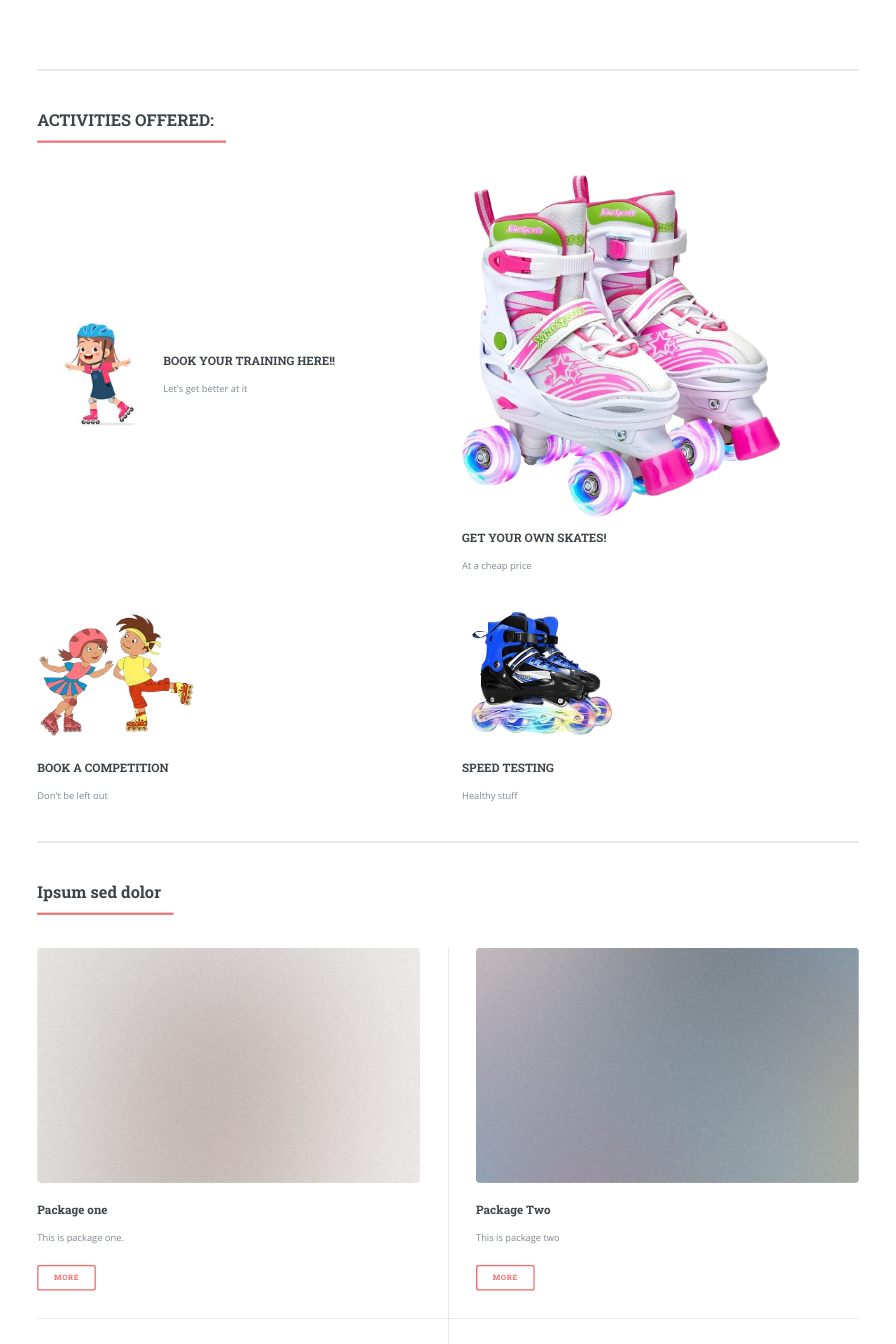
Repository: rachel648/New_Elite
Page: index.html
These files come from the project's save history. The page is drawn as it stood at one moment and after the next save; the edit follows.
The browser window is 1280 px wide. The pictures show the part of the page from y = 707 to 2627 px (the page is 3747 px tall before and 3312 px after), at 70% of full size.

Above is the page before, as saved 2024-10-14 14:02:47.

After the next save:
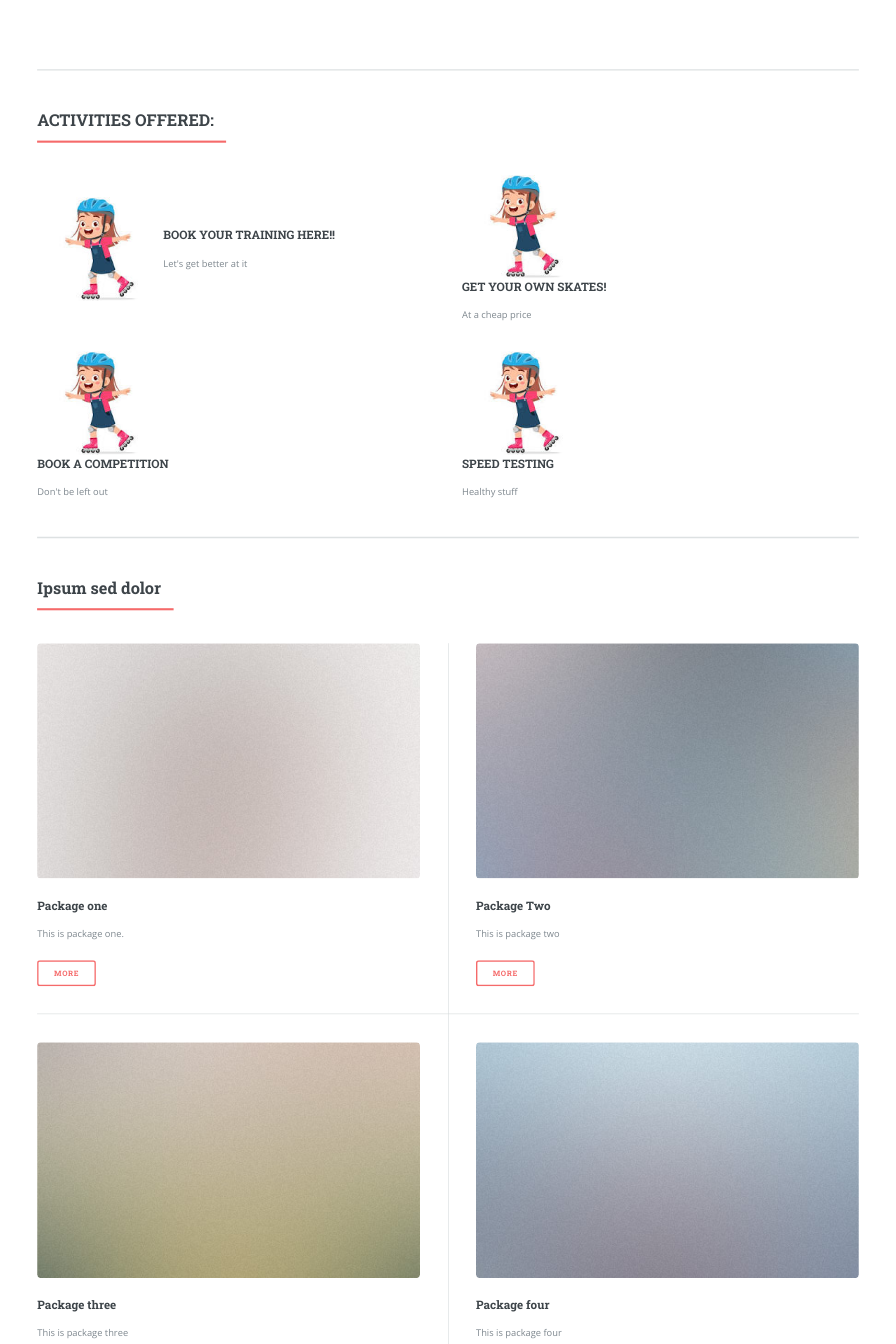
Saved 5 min 1 s later.
--- a/index.html
+++ b/index.html
@@ -61,7 +61,7 @@
 										</article>
 										<article>
 											<span class="image object">
-										<img src="images/pinkskates.jpg-removebg-preview.png" alt="" />
+										<img src="images/training.jpg" alt="" />
 											<div class="content">
 												<h3>GET YOUR OWN SKATES!</h3>
 												<p>At a cheap price</p>
@@ -69,14 +69,14 @@
 										</article>
 										<article>
 											<span class="image object">
-												<img src="images/competition-removebg-preview.png" alt="" />
+												<img src="images/training.jpg" alt="" />
 											<div class="content">
 												<h3>BOOK A COMPETITION</h3>
 												<p> Don't be left out</p>
 										</article>
 										<article>
 											<span class="image object">
-												<img src="images/blueskates-removebg-preview.png" alt="" />
+												<img src="images/training.jpg" alt="" />
 											<div class="content">
 												<h3>SPEED TESTING</h3>
 												<p>Healthy stuff</p>
